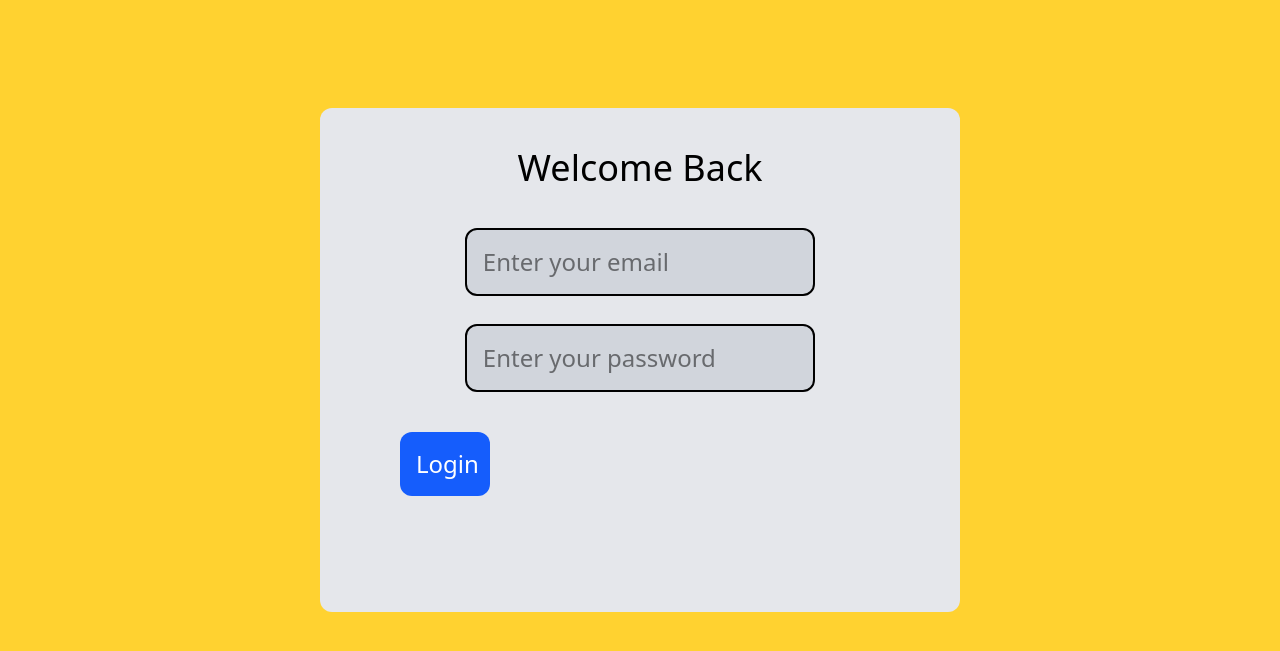
Repository: Habeebur1493/React-App
Page: /
An editor plug-in stored every save of this project. The page is shown before and after the next save, followed by the edit.
The browser window is 1280 px wide. The pictures show the whole page.
The page's requests for data from a server got no answer. The project was rebuilt for these pictures with package versions that can differ from the ones it lists, and the page was loaded fresh each time. No one was signed in, and anything a server would have sent is missing. Also part of the build but not shown: vite.config.js, src/Components/Nav.jsx, src/Components/Loading.jsx, src/Components/Home.jsx, src/Components/Details.jsx, src/Components/Addproducts.jsx, src/Components/ShowProducts.jsx.

Above is the page before, as saved 2025-02-06 01:44:00.

After the next save:
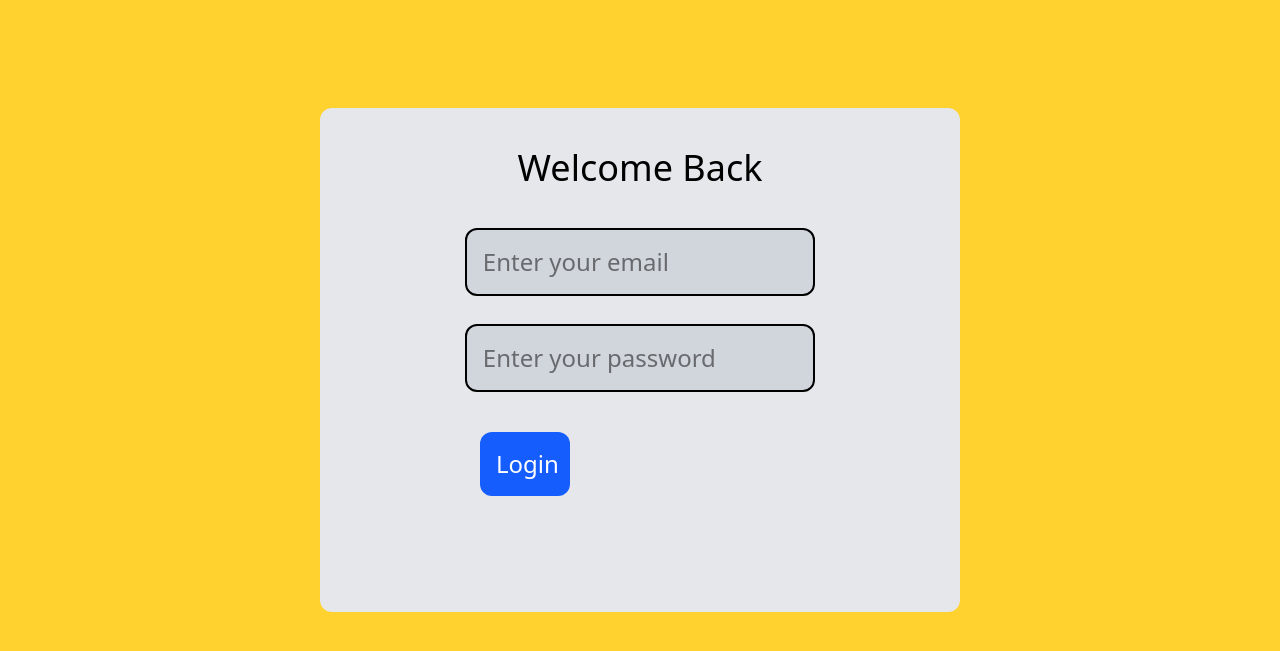
Saved 7 s later.
--- a/src/Components/Login.jsx
+++ b/src/Components/Login.jsx
@@ -62,7 +62,7 @@ const Login = () => {
             <button
               onClick={login}
               className="w-[40%] md:w[25%] lg:w-[15%] p-4 bg-blue-600 text-white
-              text-lg md:text-xl lg:text-2xl rounded-xl mt-5 cursor-pointer ml-15"
+              text-lg md:text-xl lg:text-2xl rounded-xl mt-5 cursor-pointer ml-35"
             >
               Login
             </button>
